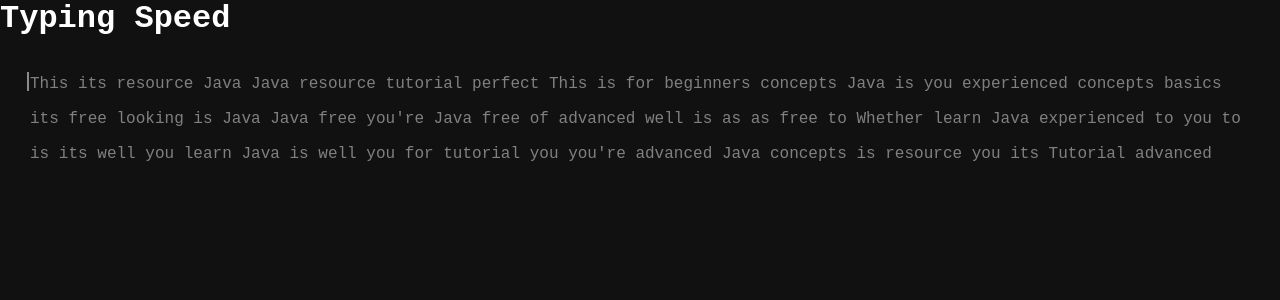
Repository: ThisIsSahaj/Js-Games
Page: TypingSpeed/index.html
These files come from the project's save history. The page is drawn as it stood at one moment and after the next save; the edit follows.
The browser window is 1280 px wide. The pictures show the whole page.

Above is the page before, as saved 2024-05-20 01:04:44.

### TypingSpeed/index.html
<!DOCTYPE html>
<html lang="en">
<head>
    <meta charset="UTF-8">
    <meta http-equiv="X-UA-Compatible" content="IE=edge">
    <meta name="viewport" content="width=device-width, initial-scale=1.0">
    <title>Typing Speed</title>
    <link rel="stylesheet" href="style.css">
</head>
<body>
    <h1>Typing Speed</h1>

    <div class="game">
        <div class="words"></div>
        <div class="cursor"></div>
    </div>
</body>
<script src="script.js"></script>
</html>

### TypingSpeed/style.css
*{
    margin: 0;
    padding: 0;
    box-sizing: border-box;
}

body{
    font-family: 'Roboto Mono', monospace;
    background-color: #111;
    color: white;
}

.game{
    /* border: 2px solid red; */
    margin: 30px ;
    line-height: 35px;
    height: 105px;
    overflow: hidden;
    color: gray;
    position: relative;
}

@keyframes blink {
    0%{
        opacity: 1;
    }
    50%{
        opacity: 0;
    }
    100%{
        opacity: 1;
    }
}

.cursor{
    width: 2px;
    height: 1.2rem;
    background: white;
    position: fixed;
    top: 72px;
    left: 27px;
    animation: blink .7s infinite;

}

.singleWord{
    /* border: 2px solid green; */
    display: inline-block;
}

 .correct {
    color: #fff;
}
 .incorrect {
    color: #f55;
}

### TypingSpeed/script.js
const words = "This Java Tutorial is designed for beginners as well as experienced professionals Whether you're looking to learn the basics of Java or its advanced concepts this free Java tutorial is the perfect resource for you"

const wordsDiv = document.querySelector('.words');

const body = document.querySelector('body');
const cursor = document.querySelector('.cursor');






// to split all the words whenever space comes and return an array
const newWords = words.split(" ");
// console.log(newWords);




const randomWord = () => {
    const randomIndex = Math.floor(Math.random() * newWords.length);
    return newWords[randomIndex];
}
// console.log(randomWord());


const formatWord = (word) => {
  return `
  <div class="singleWord"><span class="letter">${word.split('').join('</span><span class="letter">')}</span></div>
  `
}

let addClass = (element, className) => {
//   element.classlist.add(className);
     element.className += ' ' + className;
}

let removeClass = (element, className) => {
  // element.classlist.remove(className);
     element.className = element.className.replace(className, '');
}


const newGame = () => {
    wordsDiv.innerHTML = " ";

    for(let i=0; i<200; i++)
    {
        wordsDiv.innerHTML += formatWord(randomWord());
    }

    const singleWord = document.querySelector('.singleWord');
    console.log('singleWord', singleWord);
    const letter = document.querySelector('.letter');
    console.log('letter',letter)

    addClass(singleWord, 'current');
    addClass(letter, 'current');
}


const handleSpace = (expected, currentWord, currentLetter) => {
  if (expected !== ' ') {
    const lettersToInvalidate = [...document.querySelectorAll('.singleWord.current .letter:not(.correct)')];
    lettersToInvalidate.forEach(letter => {
      addClass(letter, 'incorrect');
    });
  }
  removeClass(currentWord, 'current');
  console.log('current word', currentWord );
  addClass(currentWord.nextElementSibling, 'current');
  console.log('new current word', currentWord.nextElementSibling );



  if (currentLetter) {
    removeClass(currentLetter, 'current');
    console.log('currentLetter', currentLetter);
  }
  console.log('currentWord firstChild', currentWord.nextElementSibling.firstChild);
  addClass(currentWord.nextElementSibling.firstChild, 'current')
}

const handleBackspace = (currentLetter, isFirstLetter, currentWord ) => {
  // if backspace at start of next word
  if (currentLetter && isFirstLetter) {
    // make previous word current
    removeClass(currentWord, 'current');
    addClass(currentWord.previousElementSibling, 'current');

    // make last letter current
    removeClass(currentLetter, 'current');
    addClass(currentWord.previousElementSibling.lastChild, 'current');

    removeClass(currentWord.previousElementSibling.lastChild, 'incorrect');
    removeClass(currentWord.previousElementSibling.lastChild, 'correct');
  }

  // if backspace in middle of a word
  if (currentLetter && !isFirstLetter) {
    removeClass(currentLetter, 'current');
    addClass(currentLetter.previousElementSibling, 'current');

    removeClass(currentLetter.previousElementSibling, 'incorrect');
    removeClass(currentLetter.previousElementSibling, 'correct');

  }

  // if backspace at the end of a word
  if(!currentLetter) //therefore expected = space
  {
    addClass(currentWord.lastChild, 'current');
    removeClass(currentWord.lastChild, 'incorrect');
    removeClass(currentWord.lastChild, 'correct');
  }
}


const moveCursor = () => {
  const nextLetter = document.querySelector('.letter.current');
  const nextWord = document.querySelector('.singleWord.current');

  console.log('nextLetter',nextLetter);
  console.log('nextWord',nextWord);

  if (nextLetter) {
    cursor.style.top = nextLetter.getBoundingClientRect().top + 'px';
    cursor.style.left = nextLetter.getBoundingClientRect().left + 'px';
  }
  else{
    cursor.style.top = nextWord.getBoundingClientRect().top + 7  + 'px';
    cursor.style.left = nextWord.getBoundingClientRect().right + 'px';
  }
}





body.addEventListener('keyup', ev => {
    // console.log(ev);

    const key = ev.key;


    const currentWord = document.querySelector('.singleWord.current');
    const currentLetter = document.querySelector('.letter.current');
    console.log('currentLetter',currentLetter);

    //if no currentLetter, then expected key will be space
    const expected = currentLetter?.innerHTML || ' ';


    //check whether the input is a letter or not
    //if it's length is not equal to 1, it means it is 'Backspace'
    //if key is empty ' ' it means  it is the space key
    const isLetter = key.length === 1 && key !== ' ';
    const isSpace = key === ' ';
    const isBackSpace = key === 'Backspace';
    const isFirstLetter = currentLetter === currentWord.firstChild;



    console.log({key, expected});

    if (isLetter) {
      if (currentLetter) {
        addClass(currentLetter, key === expected ? 'correct' : 'incorrect');   //if key = expected key, then add class correct, if not then add class incorrect
        removeClass(currentLetter, 'current');
        if (currentLetter.nextSibling) {
          addClass(currentLetter.nextSibling, 'current');
          console.log('new currentLetter',currentLetter.nextSibling);
        }
      }
    }

    // if key is SPACE
    if(isSpace)
    {
     handleSpace(expected, currentWord, currentLetter);
    }

    // if key is BACKSPACE
    if (isBackSpace) {
    handleBackspace(currentLetter, isFirstLetter, currentWord);
    }


    // move cursor
    moveCursor();
})


newGame();

After the next save:
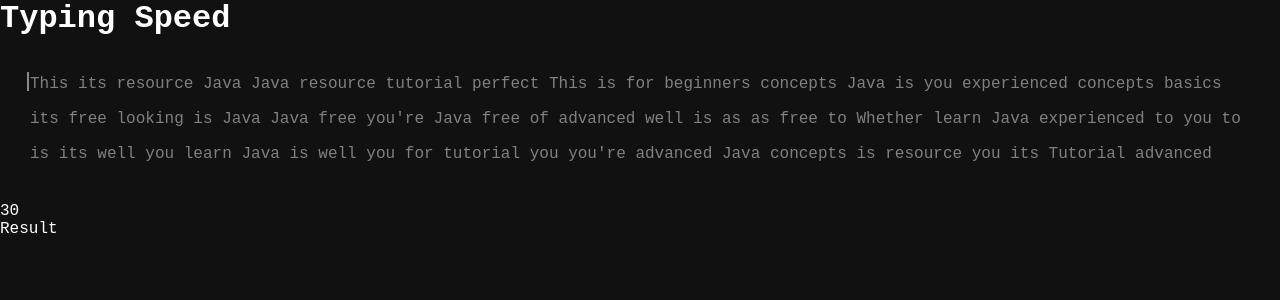
Saved 8 min 56 s later.
--- a/TypingSpeed/index.html
+++ b/TypingSpeed/index.html
@@ -14,6 +14,10 @@
         <div class="words"></div>
         <div class="cursor"></div>
     </div>
+    <div class="info">
+        <div class="time">30</div>
+        <div class="result">Result</div>
+    </div>
 </body>
 <script src="script.js"></script>
 </html>
